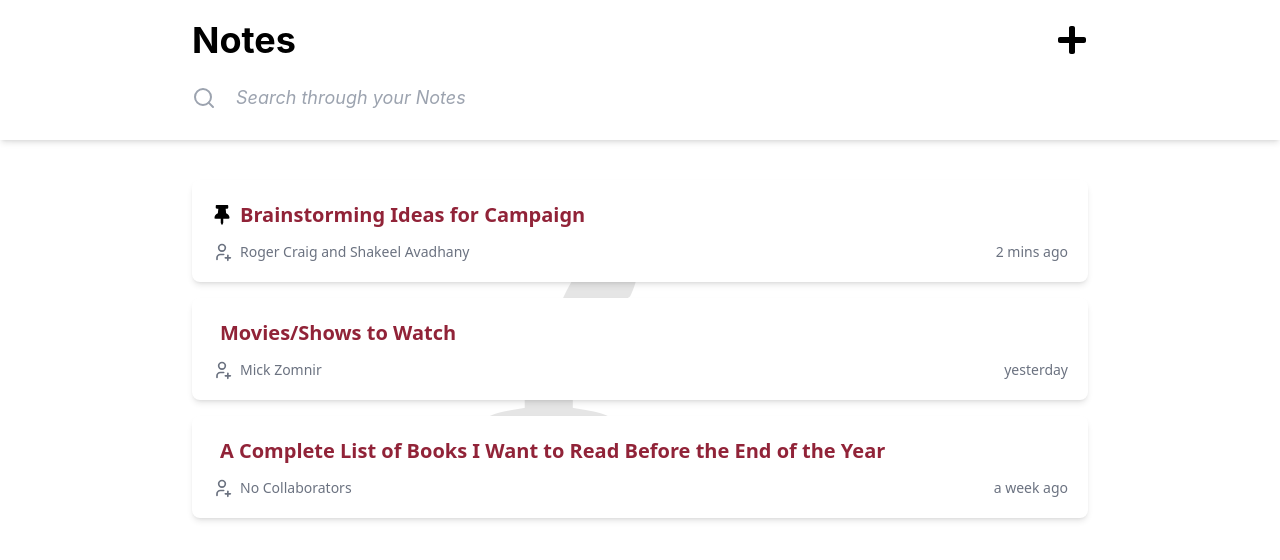
Repository: shabiasaeed/Notes-app
Page: /
The author's editor kept a copy of each file at every save. The page is drawn from the files as they stood at one save, then again after the next save.
The browser window is 1280 px wide. The pictures show the whole page.
The project was rebuilt for these pictures with package versions that can differ from the ones it lists, and the page was loaded fresh each time. Also part of the build but not shown: src/App.css.

Above is the page before, as saved 2025-01-01 22:00:38.

### src/App.js
import React, { useState } from 'react';
import Header from './components/Header';
import Note from './components/Note';
import './App.css';
import backgroundInk from './assets/ink-background-element.png';

//Component to handle the rendering of the header and note compnents
function App() {
  // Displaying few static notes
  const [notes, notesList] = useState([
    {
      title: "Brainstorming Ideas for Campaign",
      author: "Roger Craig and Shakeel Avadhany",
      time: "2 mins ago",
      pinned: true
    },
    {
      title: "Movies/Shows to Watch",
      author: "Mick Zomnir",
      time: "yesterday",
      pinned: false
    },
    {
      title: "A Complete List of Books I Want to Read Before the End of the Year",
      author: "No Collaborators",
      time: "a week ago",
      pinned: false
    }
  ]);

  function handleDelete(title){
    notesList(notes.filter( note => note.title !== title))
  }

  function handlePinToggle(title){
    notesList(prevNotes => prevNotes.map(note => note.title === title ? { ...note, pinned: !note.pinned } : note));
  };

  // Search state
  const [searchNotes, setSearchNotes] = useState('');

  // Filter notes based on search
  const filteredNotes = notes.filter(note => note.title.toLowerCase().includes(searchNotes.toLowerCase()));

  // Pinned notes to appear at the top
  const sortedNotes = filteredNotes.sort((a, b) => b.pinned - a.pinned);

  return (
    <div>
      <Header setSearchNotes={setSearchNotes}/>
      <main className="p-2 relative flex flex-col items-center font-sans">
        <img src={backgroundInk} alt="Ink Element" className="fixed top-1/2 right-1/2 transform -translate-y-1/2 z-[-1] w-26"/>
        <div className="w-full max-w-4xl mt-8 grid grid-cols-1 gap-4">
          {sortedNotes.map((note, index) => (
            <Note key={index} title={note.title} author={note.author} time={note.time} pinned={note.pinned} onDelete={handleDelete} onPinToggle={handlePinToggle}/>
          ))}
        </div>
      </main>
    </div>
  );
}

export default App;

### src/components/Header.js
import React from 'react';
import { FiSearch } from 'react-icons/fi';
import { FaPlus } from 'react-icons/fa';


// Component to handle the display of the application's header section
const Header = ({ setSearchNotes }) => {
  return (
    <header className="p-5 bg-white flex flex-col items-center shadow-md">
      <div className="flex items-center justify-between w-full max-w-4xl">
        <h1 className="text-4xl font-bold text-black">Notes</h1>
        <FaPlus className="w-8 h-8 cursor-pointer"/>
      </div>
      <div className="flex items-center w-full max-w-4xl mt-4">
        <FiSearch className="w-6 h-6 text-gray-400 mr-3" />
        <input type="text" placeholder="Search through your Notes" className="flex-grow border-none outline-none p-2 text-lg italic placeholder-gray-400" onChange={(e) => setSearchNotes(e.target.value)}/>
      </div>
    </header>
  );
};

export default Header;

### src/components/Note.js
import React, { useState } from 'react';
import { FiTrash } from 'react-icons/fi';
import { FaThumbtack } from 'react-icons/fa';
import { TbPinned } from 'react-icons/tb';
import { TbUserPlus } from 'react-icons/tb';

//Component to handle the display of the note's section
const Note = ({ title, author, time, pinned, onDelete, onPinToggle }) => {
  const [isHovered, setIsHovered] = useState(false); //State for checking whether the note is hovered


  return (
    <div className="p-5 rounded-lg bg-white shadow-md hover:shadow-lg flex flex-col gap-2 cursor-pointer w-full" onMouseEnter={() => setIsHovered(true)} onMouseLeave={() => setIsHovered(false)}>
      <div className="flex items-center justify-between">
        <div className="flex items-center">
          {pinned ? <FaThumbtack className="w-5 h-5 cursor-pointer" onClick={() => onPinToggle(title)} /> : isHovered && <TbPinned className="w-5 h-5 cursor-pointer" onClick={() => onPinToggle(title)} />}
          <h2 className="ml-2 font-bold text-[20px] text-[#912338]">{title}</h2>
        </div>
        {isHovered && <FiTrash className="w-5 h-5 cursor-pointer" onClick={() => onDelete(title)} />}
      </div>
      <div className="flex items-center gap-2 text-sm text-gray-500 pt-1">
        <TbUserPlus className="w-5 h-5 cursor-pointer" />
        <p>{author}</p>
        <span className="ml-auto">{time}</span>
      </div>
    </div>
  );
};

export default Note;

Loaded but not shown: public/index.html (common file); src/index.js (common file); src/index.css (common file); src/reportWebVitals.js (common file); tailwind.config.js (common file)

After the next save:
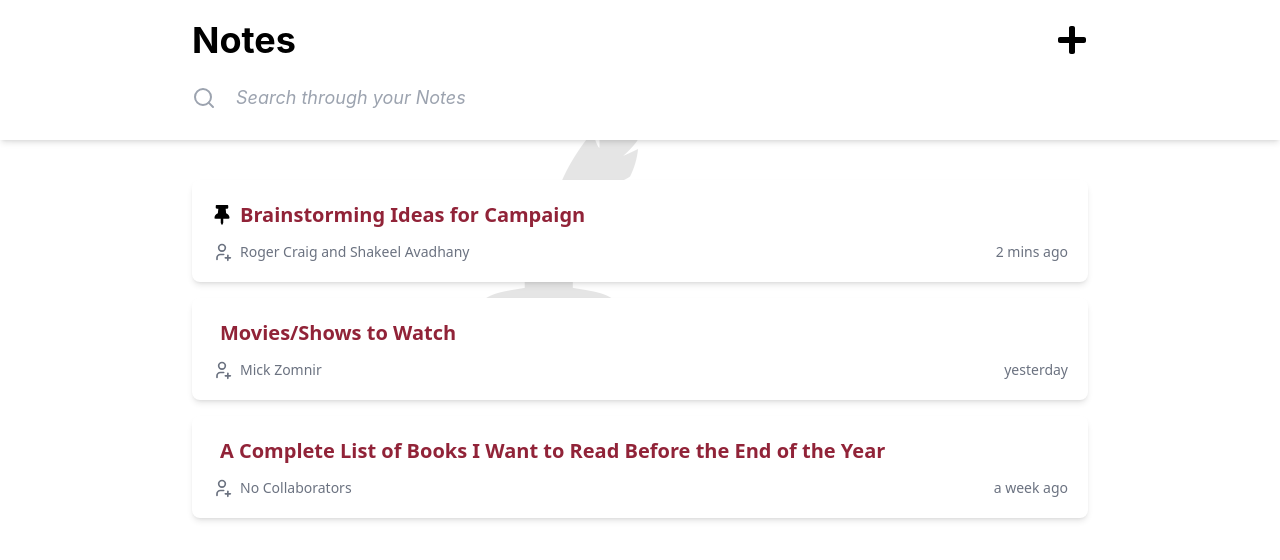
Saved 22 s later.
--- a/src/App.js
+++ b/src/App.js
@@ -49,7 +49,7 @@ function App() {
     <div>
       <Header setSearchNotes={setSearchNotes}/>
       <main className="p-2 relative flex flex-col items-center font-sans">
-        <img src={backgroundInk} alt="Ink Element" className="fixed top-1/2 right-1/2 transform -translate-y-1/2 z-[-1] w-26"/>
+        <img src={backgroundInk} alt="Ink Element" className="fixed top-1/3 right-1/2 transform -translate-y-1/2 z-[-1] w-26"/>
         <div className="w-full max-w-4xl mt-8 grid grid-cols-1 gap-4">
           {sortedNotes.map((note, index) => (
             <Note key={index} title={note.title} author={note.author} time={note.time} pinned={note.pinned} onDelete={handleDelete} onPinToggle={handlePinToggle}/>
